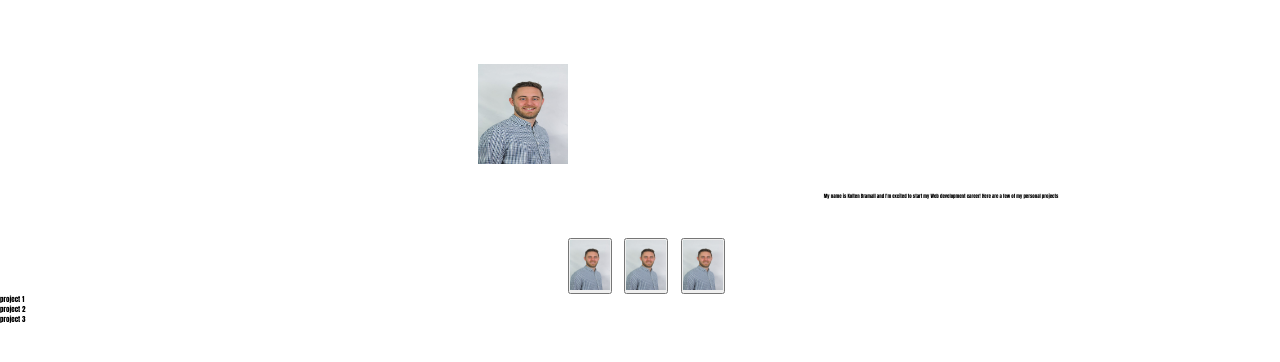
Repository: Kobramall/portfolio-project
Page: /portfolio
These files come from the project's save history. The page is drawn as it stood at one moment and after the next save; the edit follows.
The browser window is 1280 px wide. The pictures show the whole page.
The project was rebuilt for these pictures with package versions that can differ from the ones it lists, and the page was loaded fresh each time. Also part of the build but not shown: src/App.css, src/componets/Main.jsx. Imported but missing from the stored project, and not drawn on this page: src/assets/Landscape.mov.

Above is the page before, as saved 2022-11-01 15:29:34.

After the next save:
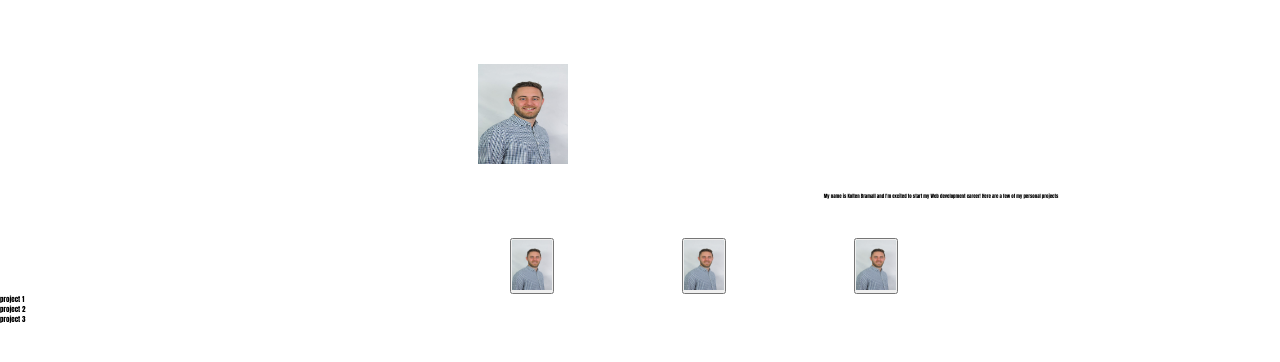
Saved 6 s later.
--- a/src/Portfolio.css
+++ b/src/Portfolio.css
@@ -27,5 +27,5 @@
   }
 
   .projectLinks a{
-    margin-left: 1%;
+    margin-left: 10%;
   }
